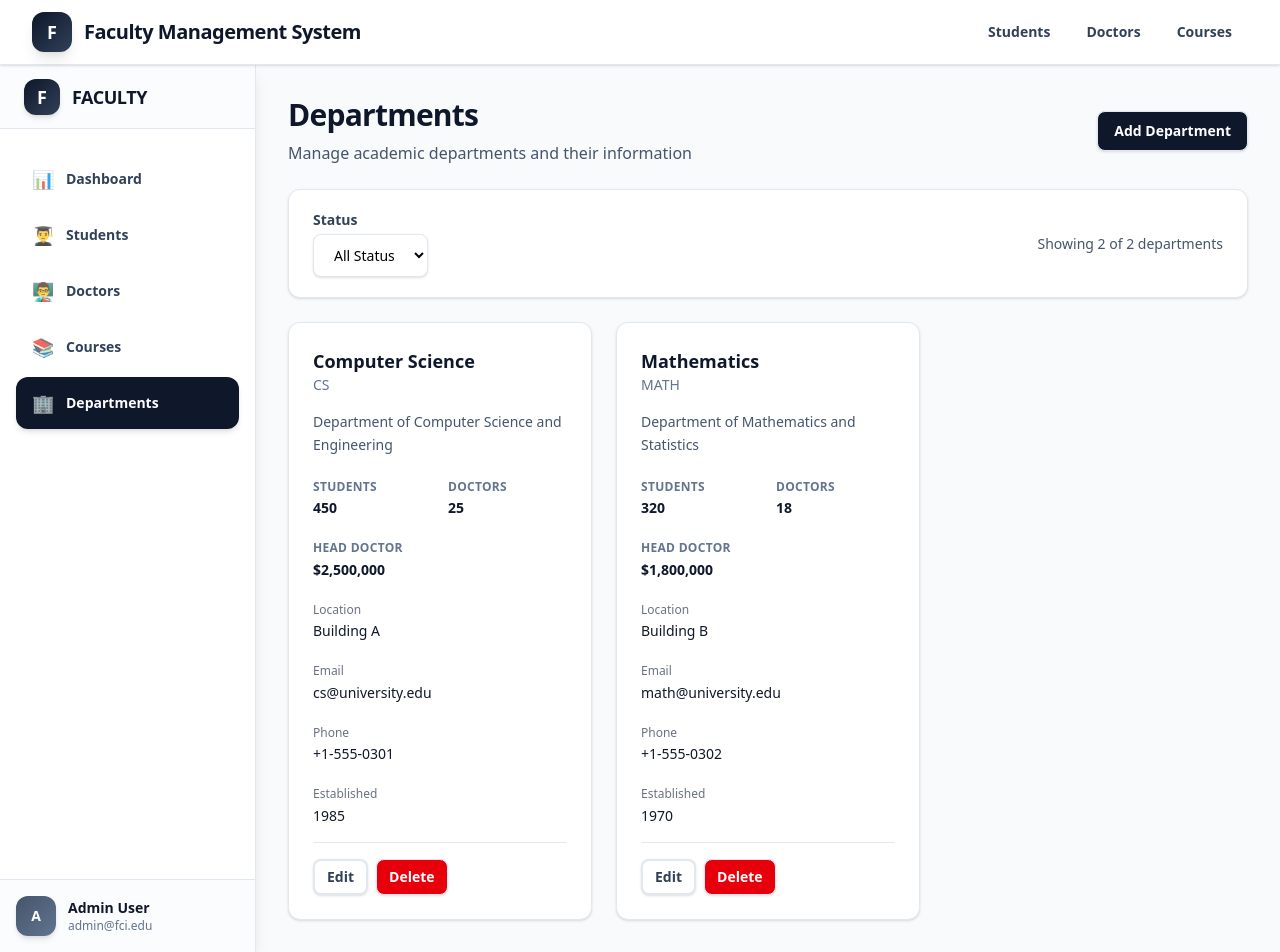
Repository: Mohamedmohsen179/Advanced-DB-Task
Page: /departments (app in frontend/)
These files come from the project's save history. The page is drawn as it stood at one moment and after the next save; the edit follows.
The browser window is 1280 px wide. The pictures show the whole page.
The page's requests for data from a server got no answer. The project was rebuilt for these pictures with package versions that can differ from the ones it lists, and the page was loaded fresh each time. The framework's server and built-in components were replaced by stand-ins that run in the browser. No one was signed in, and anything a server would have sent is missing. Also part of the build but not shown: frontend/next.config.ts.

Above is the page before, as saved 2025-11-29 00:58:13.

After the next save:
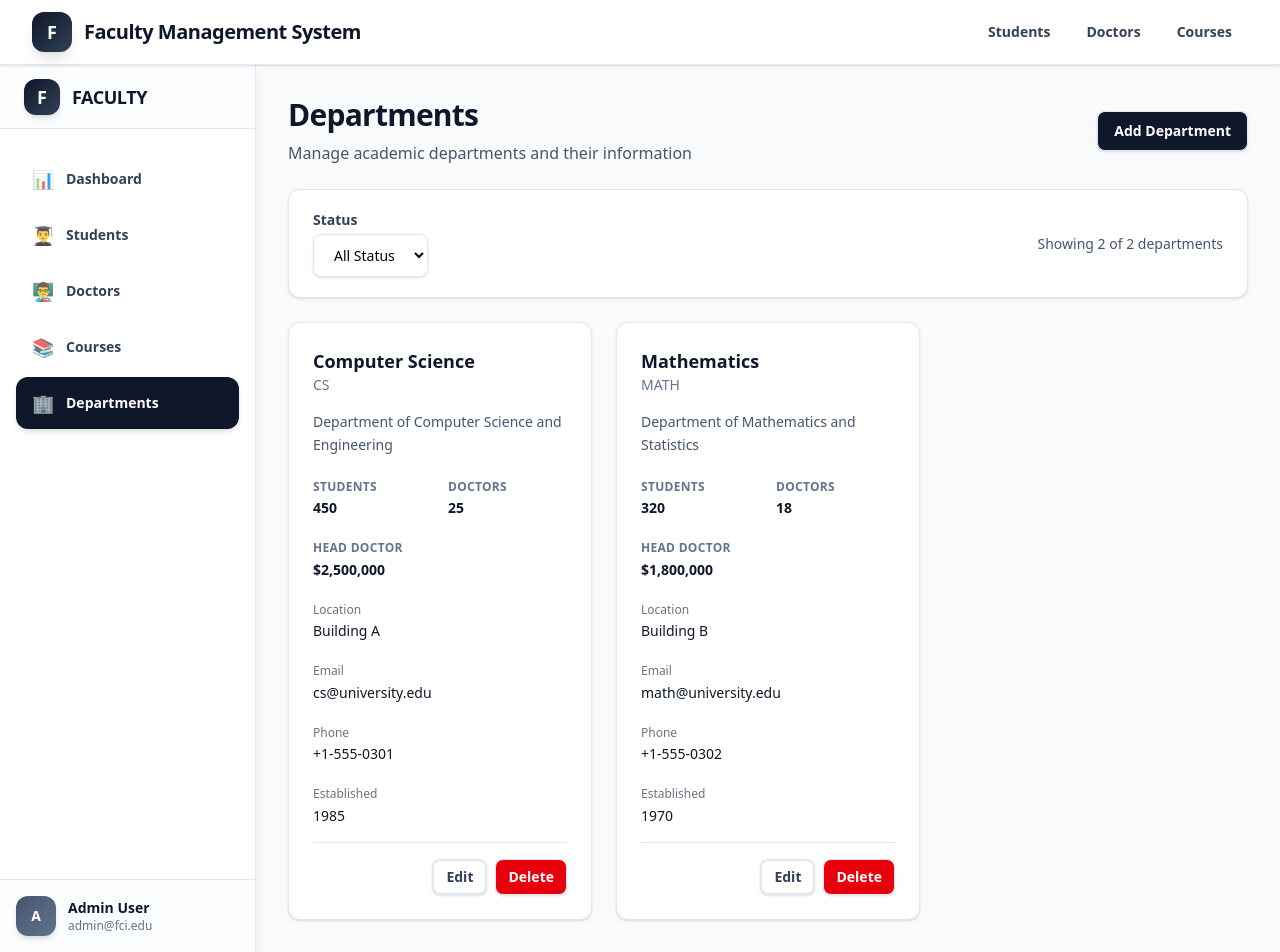
Saved 10 s later.
--- a/frontend/components/departments/DepartmentCard.tsx
+++ b/frontend/components/departments/DepartmentCard.tsx
@@ -74,6 +74,11 @@ export default function DepartmentCard({ department, onEdit, onDelete }: Departm
 
         {/* Actions */}
         <div className="flex justify-between items-center pt-4 border-t border-slate-100">
+          <Link
+            href={`/departments/${department.id}`}
+            className="text-slate-600 hover:text-slate-900 text-sm font-semibold transition-colors duration-200"
+          >
+          </Link>
           <div className="flex space-x-2">
             {onEdit && (
               <Button
